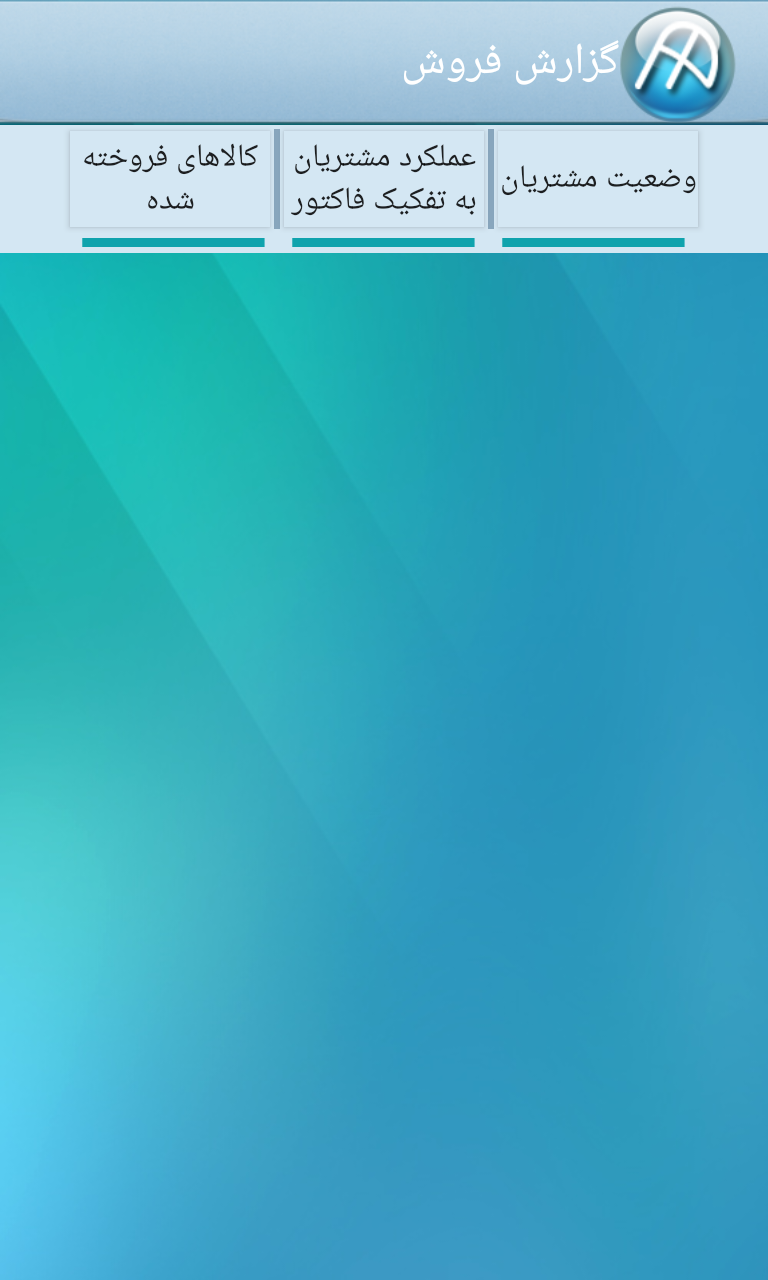
Repository: AtiehPardaz/Reports-Mobile
Layout: Reportsmobile/res/layout/activity_forosh.xml
These files come from the project's save history. The layout is drawn as it stood at one moment and after the next save; the edit follows.
It is drawn on a 768 x 1280 px phone screen (xhdpi) without system bars, with theme AppTheme; the app's code is not run. Lists and similar views that code fills are empty.

Above is the layout before, as saved 2015-03-09 14:39:36.

### Reportsmobile/res/layout/activity_forosh.xml
<RelativeLayout xmlns:android="http://schemas.android.com/apk/res/android"
    android:layout_width="fill_parent"
    android:layout_height="fill_parent"
    android:background="@drawable/backgroundsade" >

    <LinearLayout
        android:layout_width="match_parent"
        android:layout_height="match_parent"
        android:orientation="vertical" >

        <LinearLayout
            android:layout_width="match_parent"
            android:layout_height="wrap_content"
            android:background="@drawable/actionbar"
            android:gravity="right" >

            <TextView
                android:id="@+id/textView1"
                android:layout_width="wrap_content"
                android:layout_height="wrap_content"
                android:layout_gravity="center"
                android:text="گزارش فروش"
                android:textAppearance="?android:attr/textAppearanceLarge"
                android:textColor="@color/white_color" />

            <ImageButton
                android:id="@+id/imgbtn_menu_forosh"
                android:layout_width="wrap_content"
                android:layout_height="wrap_content"
                android:layout_gravity="center"
                android:layout_marginRight="15dp"
                android:background="@drawable/homebutton"
                android:onClick="btnmenu"
                android:src="@drawable/btn_clickmenu" />
        </LinearLayout>

        <LinearLayout
            android:layout_width="match_parent"
            android:layout_height="wrap_content"
            android:background="@color/blue_actionbar2color"
            android:gravity="center"
            android:orientation="horizontal" >

            <Button
                android:id="@+id/tabbtn_kala_forosh"
                android:layout_width="100dp"
                android:layout_height="wrap_content"
                android:background="@color/blue_actionbar2color"
                android:text="کالاهای فروخته شده"
                android:textSize="16sp" />

            <View
                android:id="@+id/View02"
                android:layout_width="3dp"
                android:layout_height="50dp"
                android:layout_gravity="top"
                android:layout_margin="2dp"
                android:background="#88a6bd" />

            <Button
                android:id="@+id/tabbtn_faktor_forosh"
                android:layout_width="100dp"
                android:layout_height="wrap_content"
                android:background="@color/blue_actionbar2color"
                android:text="عملکرد مشتریان به تفکیک فاکتور"
                android:textSize="16sp" />

            <View
                android:id="@+id/View03"
                android:layout_width="3dp"
                android:layout_height="50dp"
                android:layout_gravity="top"
                android:layout_margin="2dp"
                android:background="#88a6bd" />

            <Button
                android:id="@+id/tabbtn_customer_forosh"
                android:layout_width="100dp"
                android:layout_height="wrap_content"
                android:background="@color/blue_actionbar2color"
                android:text="وضعیت مشتریان"
                android:textSize="16sp" />
        </LinearLayout>

        <LinearLayout
            android:layout_width="match_parent"
            android:layout_height="10dp"
            android:layout_gravity="center"
            android:background="@color/blue_actionbar2color"
            android:gravity="center" >

            <ImageButton
                android:id="@+id/imgbtn_underline_forokhte_forosh"
                android:layout_width="100dp"
                android:layout_height="wrap_content"
                android:layout_marginRight="5dp"
                android:background="@drawable/underline" />

            <ImageButton
                android:id="@+id/imgbtn_underline_faktor_forosh"
                android:layout_width="100dp"
                android:layout_height="wrap_content"
                android:layout_marginRight="5dp"
                android:background="@drawable/underline" />

            <ImageButton
                android:id="@+id/imgbtn_underline_customer_forosh"
                android:layout_width="100dp"
                android:layout_height="wrap_content"
                android:background="@drawable/underline" />
        </LinearLayout>

        <LinearLayout
            android:layout_width="match_parent"
            android:layout_height="wrap_content"
            android:orientation="vertical" >

            <android.support.v4.view.ViewPager
                android:id="@+id/pagerforosh"
                android:layout_width="match_parent"
                android:layout_height="match_parent" >
            </android.support.v4.view.ViewPager>

        </LinearLayout>

    </LinearLayout>

    <LinearLayout
        android:id="@+id/linearmenu_forosh"
        android:layout_width="match_parent"
        android:layout_height="match_parent"
        android:background="@drawable/backmenutransparent"
        android:gravity="right"
        android:visibility="gone" >

        <LinearLayout
            android:layout_width="wrap_content"
            android:layout_height="wrap_content"
            android:layout_gravity="center|top"
            android:layout_marginRight="2dp"
            android:layout_marginTop="55dp"
            android:background="@drawable/menubackground"
            android:gravity="right|center"
            android:orientation="vertical" >

            <ImageButton
                android:id="@+id/imgbtn_forosh_forosh"
                android:layout_width="wrap_content"
                android:layout_height="wrap_content"
                android:layout_marginTop="5dp"
                android:background="@drawable/btnforosh"
                android:src="@drawable/btn_click" />

            <ImageButton
                android:id="@+id/imgbtn_khazane_forosh"
                android:layout_width="wrap_content"
                android:layout_height="wrap_content"
                android:background="@drawable/btnkhazane"
                android:src="@drawable/btn_click" />

            <ImageButton
                android:id="@+id/imgbtn_hesabdari_forosh"
                android:layout_width="wrap_content"
                android:layout_height="wrap_content"
                android:background="@drawable/btnhesabdari"
                android:src="@drawable/btn_click" />

            <ImageButton
                android:id="@+id/imgbtn_kala_forosh"
                android:layout_width="wrap_content"
                android:layout_height="wrap_content"
                android:background="@drawable/btnkala"
                android:src="@drawable/btn_click" />

            <ImageButton
                android:id="@+id/imgbtn_domain_forosh"
                android:layout_width="wrap_content"
                android:layout_height="wrap_content"
                android:layout_marginBottom="5dp"
                android:background="@drawable/btndomain"
                android:src="@drawable/btn_click" />
        </LinearLayout>
    </LinearLayout>

</RelativeLayout>

### Reportsmobile/res/values/colors.xml
<?xml version="1.0" encoding="utf-8"?>
<resources>

    <color name="first_row_text_color">#000000</color>
    <color name="holidays_text_color">#FF0000</color>
    <color name="first_row_background_color">#DDDDDD</color>

    <!-- solely used on QiblaCompassView -->
    <color name="background_color">#6E97B9</color>
    <color name="marker_color">#FFFFFF</color>
    <color name="text_color">#000000</color>
    <color name="bg_action_green">#3BB18E</color>
    <color name="bg_action_gray"> #dddddd</color>
    <color name="white_color"> #ffffff</color>
    <color name="blue_titlecolor"> #293897</color>
     <color name="blue_actionbar2color"> #d4e7f3</color>
     <color name="blue_titleactionbar"> #0c4c51</color>



</resources>

### Reportsmobile/res/drawable/btn_clickmenu.xml
<selector xmlns:android="http://schemas.android.com/apk/res/android">
<item android:state_focused="true" android:drawable="@drawable/homebtnclick"/>
<item android:state_pressed="true" android:drawable="@drawable/homebtnclick" />
<item android:state_selected="true" android:drawable="@drawable/homebtnclick" />


</selector>

### Reportsmobile/res/drawable/btn_click.xml
<selector xmlns:android="http://schemas.android.com/apk/res/android">
<item android:state_focused="true" android:drawable="@drawable/btnclick"/>
<item android:state_pressed="true" android:drawable="@drawable/btnclick" />

</selector>

Loaded but not shown: Reportsmobile/res/values/styles.xml (common file); Reportsmobile/res/values-v11/styles.xml (common file); Reportsmobile/res/values-v14/styles.xml (common file)

After the next save:
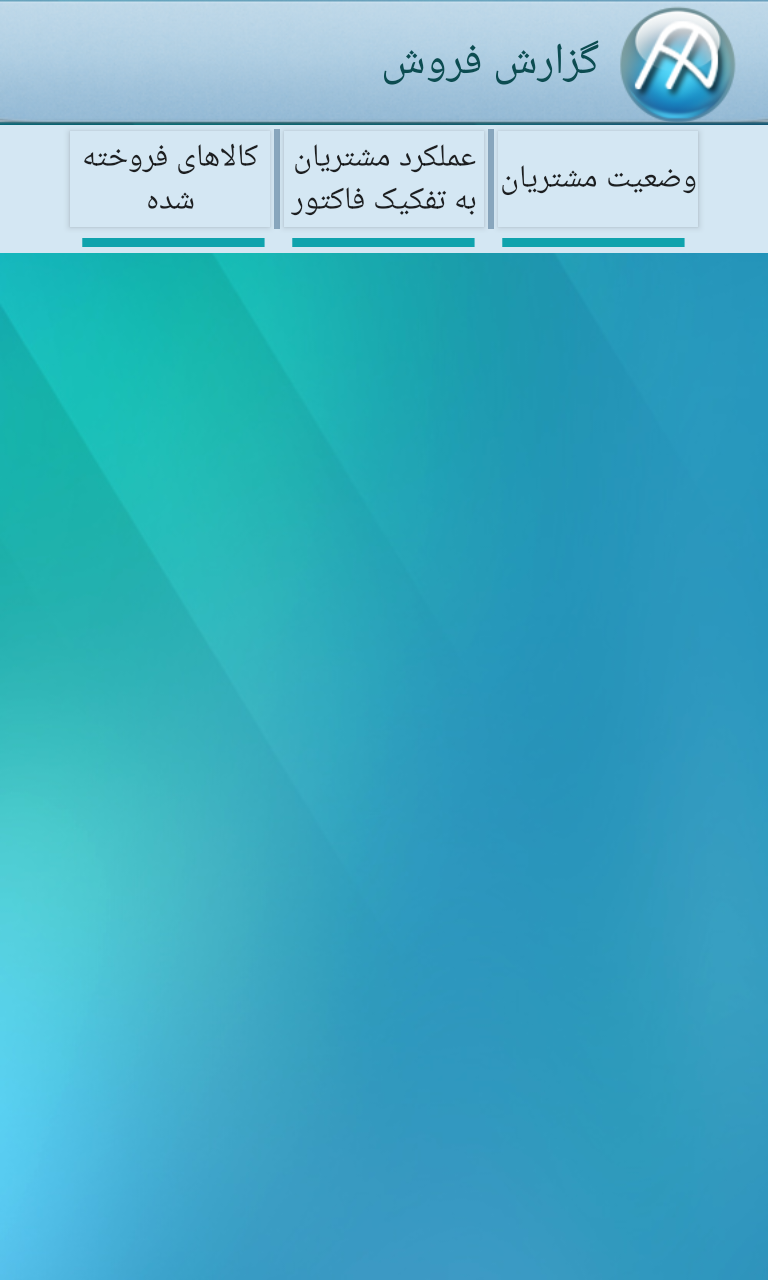
Saved 22 s later.
--- a/Reportsmobile/res/layout/activity_forosh.xml
+++ b/Reportsmobile/res/layout/activity_forosh.xml
@@ -19,9 +19,10 @@
                 android:layout_width="wrap_content"
                 android:layout_height="wrap_content"
                 android:layout_gravity="center"
+                android:layout_marginRight="10dp"
                 android:text="گزارش فروش"
                 android:textAppearance="?android:attr/textAppearanceLarge"
-                android:textColor="@color/white_color" />
+                android:textColor="@color/blue_titleactionbar" />
 
             <ImageButton
                 android:id="@+id/imgbtn_menu_forosh"
